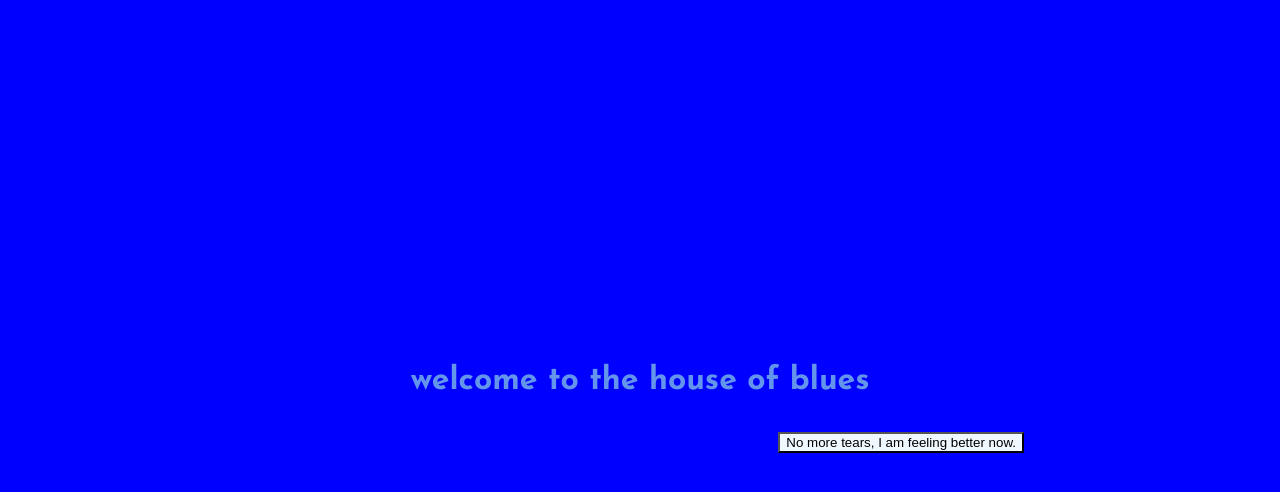
Repository: olivia-clarkeedwards/house-of-blues
Page: index.html
These files come from the project's save history. The page is drawn as it stood at one moment and after the next save; the edit follows.
The browser window is 1280 px wide. The pictures show the whole page.

Above is the page before, as saved 2023-02-16 12:44:46.

### index.html
<!DOCTYPE html>
<html>
  <head>
    <title>house of blues</title>
    <link rel="stylesheet" href="main.css">
    <link rel="preconnect" href="https://fonts.googleapis.com">
    <link rel="preconnect" href="https://fonts.gstatic.com" crossorigin>
    <link href="https://fonts.googleapis.com/css2?family=Josefin+Sans:wght@700&display=swap" rel="stylesheet">
  </head>
  <body id = 'background'>
      <h1 id = 'main-title'>welcome to the house of blues</h1>
      <p id="audio"></p>
      <button>No more tears, I am feeling better now.</button>
  </body>
  <script src="index.js" type="text/javascript"></script>
</html>

### main.css
body {
  color: cornflowerblue;
  background-color: blue;
  margin: 0;
  padding: 0;
  height: 100%;
  width: 100%;
  font-family: "Josefin Sans", sans-serif;
}

* {
  box-sizing: border-box;
}

h1 {
  position: absolute;
  top: 50%;
  left: 50%;
  transform: translate(-50%, -50%);
  user-select: none;
}

p {
  display: hidden;
}

button {
  position: absolute;
  top: 60%;
  right: 20%;
  background-color: aliceblue;
}

.drop {
  width: 20px;
  height: 20px;
  position: fixed;
  border-radius: 80% 0 55% 50% / 55% 0 80% 50%;
  z-index: -1;
  top: -1vh;
  font-size: 2rem;
  background-color: rgba(0, 255, 255, 0.406);
  transform: translateY(0);
  animation: fall 10s linear forwards;
  transform: rotate(-45deg);

  /* Remove ability to highlight drops */
  -webkit-touch-callout: none;
  -webkit-user-select: none;
  -khtml-user-select: none;
  -moz-user-select: none;
  -ms-user-select: none;
  user-select: none;
}

@keyframes fall {
  to {
    transform: translateY(101vh);
  }
}

### index.js
/*--------------------------------------/
    Welcome to the house of blues
/--------------------------------------*/
// Copyright 2023 Olivia Clarke-Edwards. //

const mainTitle = document.getElementById('main-title')
const background = document.getElementById('background')
const audioBG = document.getElementById('audio')

let count = 0
const featureTime = 3
const numEggs = 2 //to add a feature, increment this number by 1 and add feature to blueEasterEgg function in the switch statement

document.onclick = changeBlues

function changeBlues() {
  mainTitle.style.color = getRandomBlueColor()
  background.style.backgroundColor = getRandomBlueColor()
  if (count == featureTime) {
    blueEasterEgg()
    count = 0
  }
  count++
}

function getRandomBlueColor() {
  let hue = Math.floor(Math.random() * 30 + 185)
  let saturation = Math.floor(Math.random() * 60 + 40)
  let lightness = Math.floor(Math.random() * 60 + 20)
  return `hsl(${hue}, ${saturation}%, ${lightness}%)`
}

function blueEasterEgg() {
  let randomEgg = getRandom(numEggs)
  console.log(randomEgg);
  switch (randomEgg) {
    case 0:
      heyBaby()
      if (mainTitle.innerHTML === "let those teardrops fall") {
        setInterval(generateTearDrops, 200);

      }
      break
    case 1:
      heyBaby()
      if (mainTitle.innerHTML === "let those teardrops fall") {
        setInterval(generateTearDrops, 200);
      }
      ettaJ()
      break
  }
  //add extra features here
}

function getRandom(max) {
  return Math.floor(Math.random() * max)
}

const sayingsArray = [
  'let it out',
  "hey baby, don't worry,<br> it ain't nothing but the blues",
  'let those teardrops fall',
  'just cry, darling',
]

function heyBaby() {
  mainTitle.innerHTML = sayingsArray[getRandom(sayingsArray.length)]
}

function ettaJ() {
  if (!audioBG.classList.contains('etta')) {
    let ettaJames =
      '<audio autoplay loop src="etta-james-id-rather-go-blind.wav" type="audio/wav" alt="Etta James - I\'d Rather Go Blind">No Sound</audio>'
    audioBG.innerHTML = ettaJames
    audioBG.classList.add('etta')
  }
}

function generateTearDrops (params) {
  const drop = document.createElement("div");
  drop.classList.add("drop")
  drop.style.left = Math.random() * 100 + "vw";
  drop.style.animationDuration =  Math.random() * 2 + 2 + "s"
  document.body.appendChild(drop)

}

After the next save:
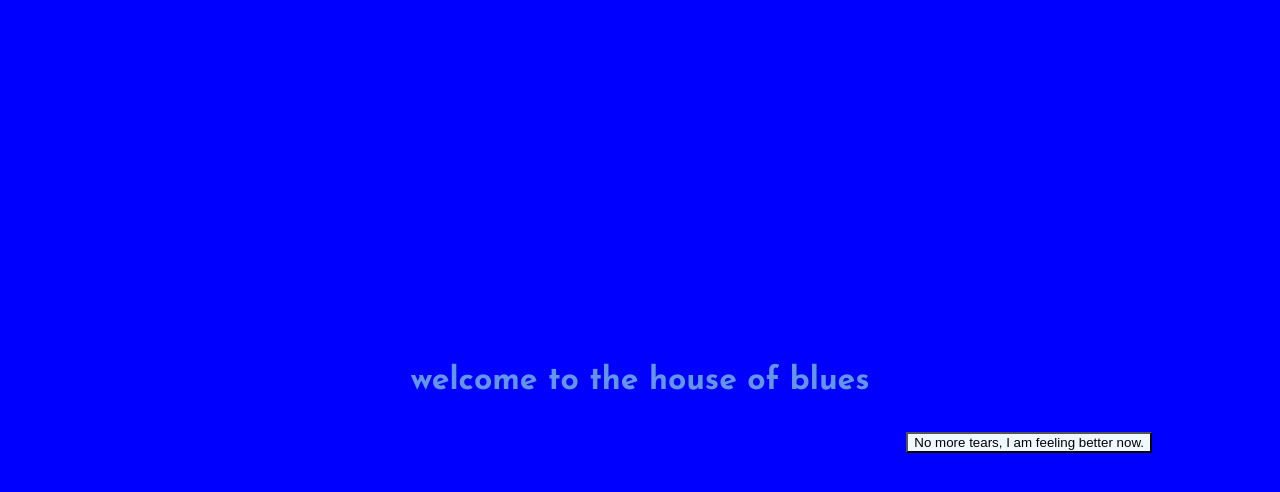
Saved 6 s later.
--- a/main.css
+++ b/main.css
@@ -27,7 +27,7 @@ p {
 button {
   position: absolute;
   top: 60%;
-  right: 20%;
+  right: 10%;
   background-color: aliceblue;
 }
 
